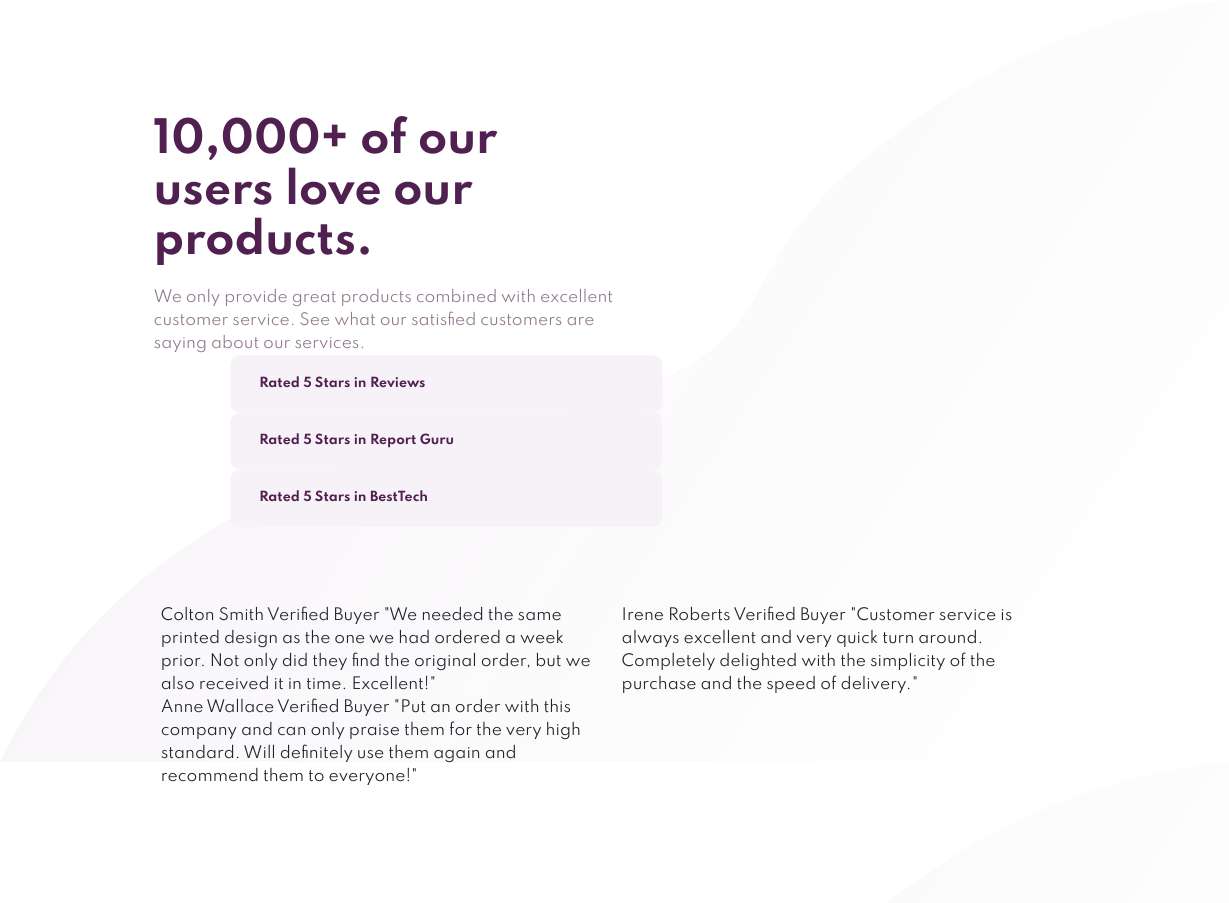
Repository: metehankasapp/social-proof-section-master
Page: index.html
An editor plug-in stored every save of this project. The page is shown before and after the next save, followed by the edit.
The browser window is 1280 px wide. The pictures show the whole page, at 96% of full size.
Some web libraries are served in a nearby version.

Above is the page before, as saved 2021-12-05 08:12:51.

### index.html
<!DOCTYPE html>
<html lang="en">

<head>
  <meta charset="UTF-8" />
  <meta name="viewport" content="width=device-width, initial-scale=1.0" />


  <title>Frontend Mentor | Social proof section</title>
  <link rel="preconnect" href="https://fonts.googleapis.com">
<link rel="preconnect" href="https://fonts.gstatic.com" crossorigin>
<link href="https://fonts.googleapis.com/css2?family=Spartan:wght@100;200;300;400;500;600;700;800;900&display=swap" rel="stylesheet">
  <link href="https://cdn.jsdelivr.net/npm/bootstrap@5.1.3/dist/css/bootstrap.min.css" rel="stylesheet"
    integrity="sha384-1BmE4kWBq78iYhFldvKuhfTAU6auU8tT94WrHftjDbrCEXSU1oBoqyl2QvZ6jIW3" crossorigin="anonymous">
  <link rel="stylesheet" href="style.css">
</head>

<body>
  <div class="main-ctr">
    <div class="w-100 row p-0  header-ctr">
      <div class="col-12 col-lg-6 header-area">
        <div class="header-purple">
          <h5>10,000+ of our users love our products.</h5>
        </div>

        <p class="m-0 header-text">
          We only provide great products combined with excellent customer service.
          See what our satisfied customers are saying about our services.
        </p>
      </div>

      <div class="col-12 col-lg-6 d-flex justify-content-between align-items-baseline flex-column">
        <div class="rate-container">
          <div class="stars"></div>
          <p class="m-0">Rated 5 Stars in Reviews</p>
        </div>
        <div class="rate-container">
          <div class="stars"></div>
          <p class="m-0">Rated 5 Stars in Report Guru</p>
        </div>
        <div class="rate-container">
          <p class="m-0">Rated 5 Stars in BestTech</p>
        </div>
      </div>
    </div>

    <div class="w-100 row m-0 p-0 ">
      <div class="card-item col-12 col-lg-6">
        Colton Smith
        Verified Buyer
        "We needed the same printed design as the one we had ordered a week prior.
        Not only did they find the original order, but we also received it in time.
        Excellent!"
      </div>
      <div class="card-item col-12 col-lg-6">

        Irene Roberts
        Verified Buyer
        "Customer service is always excellent and very quick turn around. Completely
        delighted with the simplicity of the purchase and the speed of delivery."
      </div>
      <div class="card-item col-12 col-lg-6">

        Anne Wallace
        Verified Buyer
        "Put an order with this company and can only praise them for the very high
        standard. Will definitely use them again and recommend them to everyone!"
      </div>
    </div>
  </div>

  <script src="https://cdn.jsdelivr.net/npm/bootstrap@5.1.3/dist/js/bootstrap.bundle.min.js"
    integrity="sha384-ka7Sk0Gln4gmtz2MlQnikT1wXgYsOg+OMhuP+IlRH9sENBO0LRn5q+8nbTov4+1p" crossorigin="anonymous">
  </script>
  <script src="https://cdn.jsdelivr.net/npm/@popperjs/core@2.10.2/dist/umd/popper.min.js"
    integrity="sha384-7+zCNj/IqJ95wo16oMtfsKbZ9ccEh31eOz1HGyDuCQ6wgnyJNSYdrPa03rtR1zdB" crossorigin="anonymous">
  </script>
  <script src="https://cdn.jsdelivr.net/npm/bootstrap@5.1.3/dist/js/bootstrap.min.js"
    integrity="sha384-QJHtvGhmr9XOIpI6YVutG+2QOK9T+ZnN4kzFN1RtK3zEFEIsxhlmWl5/YESvpZ13" crossorigin="anonymous">
  </script>
</body>

</html>

### style.css
*{
    margin: 0;
    padding: 0;
    box-sizing: border-box;
}


html{
    font-size: 10px;
}

body{
    background-image: url('images/bg-pattern-bottom-desktop.svg');
    background-size: cover;
    height: 100vh;
    font-size: 1.6rem;
    font-family: 'Spartan', sans-serif;
}

.main-ctr{
    padding: 12rem 16rem;
}

.header-ctr{

    margin-bottom: 8rem;
}

.header-area{
    width: 500px;
}
.header-purple h5{
    font-weight: 700;
    font-size: 44px;
    color: hsl(300, 43%, 22%);
    margin-bottom: 2rem;
}

.header-text{

    font-size: 16px;
    color: hsl(303, 10%, 53%);
}

.rate-container{
    color: hsl(300, 43%, 22%);
    font-weight: 700;
    padding: 2rem 3rem;
    background-color: hsl(300, 24%, 96%);
    font-size: 13px;
    border-radius: 10px;
    width: 450px
}

.rate-container:nth-child(2){
    margin-left: 4rem;
}
.rate-container:nth-child(3){
    margin-left: 8rem;
}

After the next save:
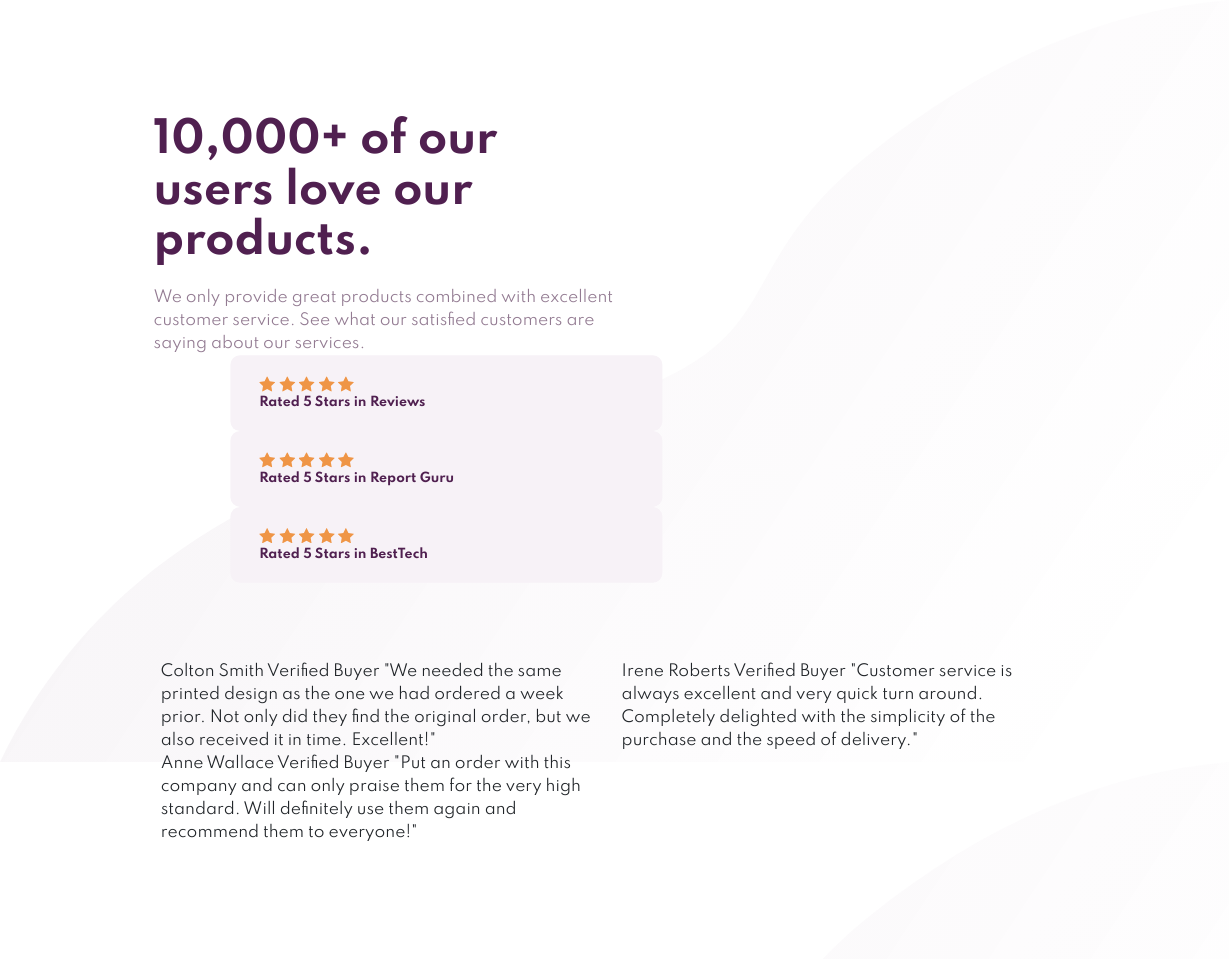
Saved 29 s later.
--- a/index.html
+++ b/index.html
@@ -8,8 +8,9 @@
 
   <title>Frontend Mentor | Social proof section</title>
   <link rel="preconnect" href="https://fonts.googleapis.com">
-<link rel="preconnect" href="https://fonts.gstatic.com" crossorigin>
-<link href="https://fonts.googleapis.com/css2?family=Spartan:wght@100;200;300;400;500;600;700;800;900&display=swap" rel="stylesheet">
+  <link rel="preconnect" href="https://fonts.gstatic.com" crossorigin>
+  <link href="https://fonts.googleapis.com/css2?family=Spartan:wght@100;200;300;400;500;600;700;800;900&display=swap"
+    rel="stylesheet">
   <link href="https://cdn.jsdelivr.net/npm/bootstrap@5.1.3/dist/css/bootstrap.min.css" rel="stylesheet"
     integrity="sha384-1BmE4kWBq78iYhFldvKuhfTAU6auU8tT94WrHftjDbrCEXSU1oBoqyl2QvZ6jIW3" crossorigin="anonymous">
   <link rel="stylesheet" href="style.css">
@@ -31,14 +32,39 @@
 
       <div class="col-12 col-lg-6 d-flex justify-content-between align-items-baseline flex-column">
         <div class="rate-container">
-          <div class="stars"></div>
+          <div class="stars">
+            <img src="images/icon-star.svg" alt="">
+            <img src="images/icon-star.svg" alt="">
+
+            <img src="images/icon-star.svg" alt="">
+            <img src="images/icon-star.svg" alt="">
+            <img src="images/icon-star.svg" alt="">
+
+          </div>
           <p class="m-0">Rated 5 Stars in Reviews</p>
         </div>
         <div class="rate-container">
-          <div class="stars"></div>
+          <div class="stars">
+            <img src="images/icon-star.svg" alt="">
+            <img src="images/icon-star.svg" alt="">
+
+            <img src="images/icon-star.svg" alt="">
+            <img src="images/icon-star.svg" alt="">
+            <img src="images/icon-star.svg" alt="">
+
+          </div>
           <p class="m-0">Rated 5 Stars in Report Guru</p>
         </div>
         <div class="rate-container">
+          <div class="stars">
+            <img src="images/icon-star.svg" alt="">
+            <img src="images/icon-star.svg" alt="">
+
+            <img src="images/icon-star.svg" alt="">
+            <img src="images/icon-star.svg" alt="">
+            <img src="images/icon-star.svg" alt="">
+
+          </div>
           <p class="m-0">Rated 5 Stars in BestTech</p>
         </div>
       </div>
